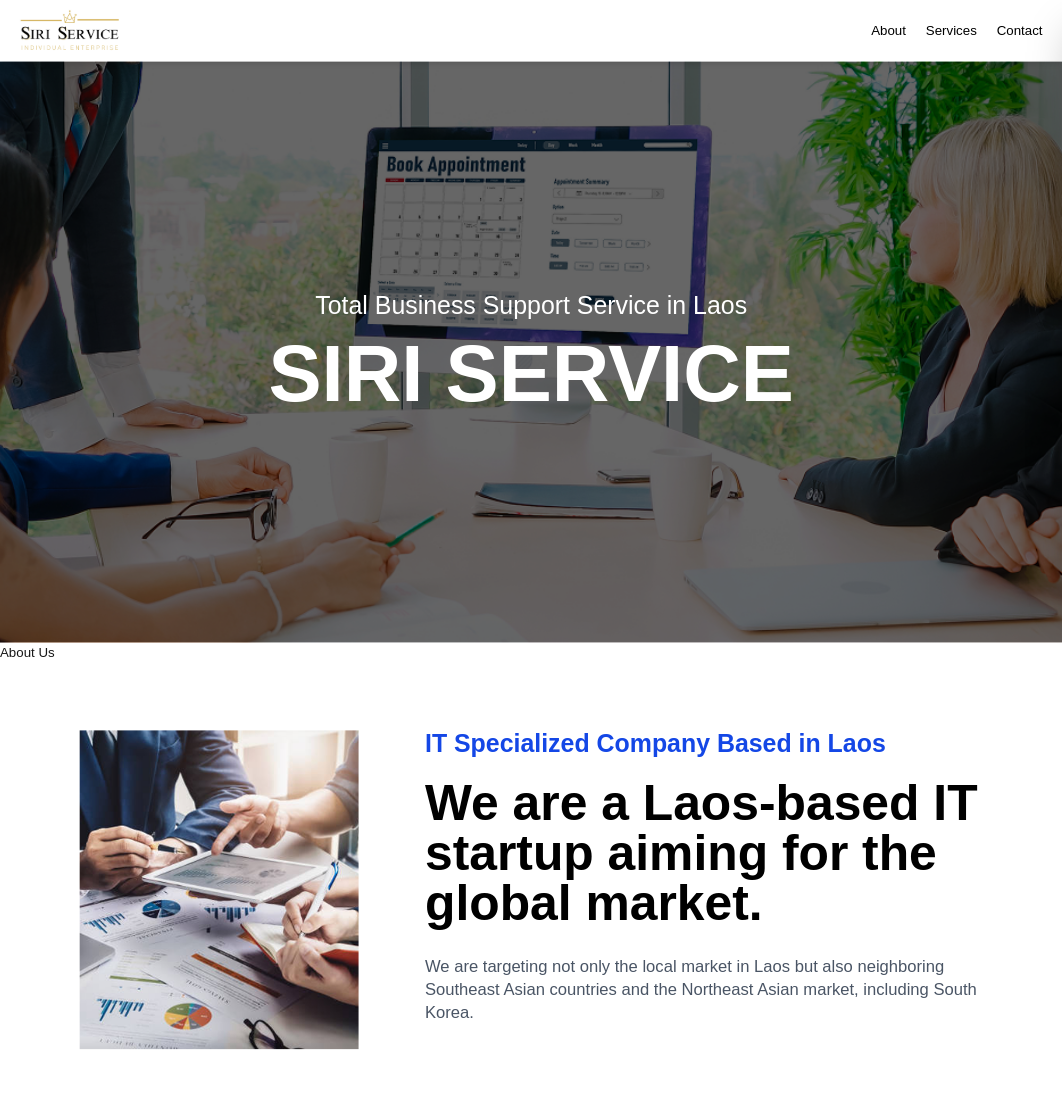
Repository: Phailin-teamplate/siri-service-web
Page: /
An editor plug-in stored every save of this project. The page is shown before and after the next save, followed by the edit.
The browser window is 1280 px wide. The pictures show the whole page, at 83% of full size.
The project was rebuilt for these pictures with package versions that can differ from the ones it lists, and the page was loaded fresh each time. The framework's server and built-in components were replaced by stand-ins that run in the browser. Also part of the build but not shown: next.config.ts.

Above is the page before, as saved 2025-07-02 14:13:35.

### src/app/layout.tsx
"use client";

import React, { useState, useEffect } from "react";
import { ArrowUpIcon } from "@heroicons/react/24/solid"; // Importing the arrow icon
// import { Geist, Geist_Mono } from "next/font/google";
// import { Inter, Noto_Sans_Lao } from "next/font/google";
import "./globals.css";
import Navbar from "@/src/components/navbar";

// const inter = Inter({ subsets: ["latin"] });
// const notoSansLao = Noto_Sans_Lao({ subsets: ["lao"] });

// const geistSans = Geist({
//   variable: "--font-geist-sans",
//   subsets: ["latin"],
// });
// const geistMono = Geist_Mono({
//   variable: "--font-geist-mono",
//   subsets: ["latin"],
// });

export default function RootLayout({
  children,
}: Readonly<{
  children: React.ReactNode;
}>) {
  const [isVisible, setIsVisible] = useState(false);

  // Detect scroll position and show button when scrolling down
  const handleScroll = () => {
    if (window.scrollY > 300) {
      setIsVisible(true);
    } else {
      setIsVisible(false);
    }
  };

  useEffect(() => {
    window.addEventListener("scroll", handleScroll);
    return () => {
      window.removeEventListener("scroll", handleScroll);
    };
  }, []);

  const scrollToTop = () => {
    window.scrollTo({ top: 0, behavior: "smooth" });
  };

  return (
    <html lang="en">
      {/* <body
        className={`${geistSans.variable} ${geistMono.variable} ${inter.className}  ${notoSansLao.className} antialiased`}
      > */}
      <body className="bg-white">
        <Navbar />
        {children}
        {/* <Footer /> */}

        {/* Popup Button with Icon for Scrolling to Top */}
        {isVisible && (
          <button
            onClick={scrollToTop}
            className="fixed bottom-2 right-5 md:bottom-5 md:right-10 bg-blue-500 text-white p-2 md:p-4 rounded-full shadow-lg hover:bg-blue-600 focus:outline-none transition-transform transform hover:scale-110"
          >
            {/* Heroicon Arrow Up Icon */}
            <ArrowUpIcon className="h-5 w-5 md:h-6 md:w-6" />
          </button>
        )}
      </body>
    </html>
  );
}

### src/app/page.tsx
import React from "react";
import Homepage from "@/src/components/Homepage";
import About from "@/src/components/About";

export const metadata = {
  title: "About | TEAMPLATE",
  description:
    "Learn about TEAMPLATE — our story, mission, team, and values that drive our innovation.",
  keywords: ["teamplate", "about", "our story", "mission", "values", "team"],
  openGraph: {
    title: "About | TEAMPLATE",
    description:
      "Discover TEAMPLATE's story, mission, and the people behind our success.",
    url: "https://yourdomain.com/about",
    siteName: "TEAMPLATE",
    images: [
      {
        url: "https://yourdomain.com/images/about-og.jpg", // ✅ Replace with actual path
        width: 1200,
        height: 630,
        alt: "About TEAMPLATE",
      },
    ],
    locale: "en_US",
    type: "website",
  },
};

export default function Home() {
  return (
    <section className="w-full" id="about">
      <Homepage/>
      <About/>
    </section>
  );
}

### src/components/navbar.tsx
import { useState, useCallback, useEffect } from "react";
import Image from "next/image";
import { Menu, X } from "lucide-react";
import Logo from "@/public/logo/Siri Service.png";

export default function Navbar() {
  const [isOpen, setIsOpen] = useState(false);

  // Function for smooth scrolling
  const handleSmoothScroll = useCallback((targetId: string) => {
    setIsOpen(false); // Close the sidebar

    if (targetId === "/") {
      window.scrollTo({ top: 0, behavior: "smooth" });
    } else {
      const targetElement = document.querySelector(targetId);
      if (targetElement) {
        targetElement.scrollIntoView({ behavior: "smooth" });
      }
    }
  }, []);

  const [isScrolled, setIsScrolled] = useState(false);

  // Detect scroll to change navbar background
  useEffect(() => {
    const handleScroll = () => {
      const scrollTop = window.scrollY;
      setIsScrolled(scrollTop > 10); // Trigger when scrolled 10px
    };

    window.addEventListener("scroll", handleScroll);

    return () => window.removeEventListener("scroll", handleScroll);
  }, []);

  return (
    <div className="w-full sticky top-0 z-50 bg-white shadow-md">
      <nav className="flex items-center justify-between px-6 py-3">
        {/* Logo */}
        <button
          onClick={() => handleSmoothScroll("/")}
          className="p-0 border-none bg-transparent active:opacity-80"
        >
          <Image
            className="w-20 sm:w-20 md:w-30 lg:w-30 xl:w-30 2xl:w-30 h-auto"
            src={Logo}
            alt="Appstore"
            priority
          />
        </button>

        {/* Desktop Links */}
        <div className="hidden md:flex gap-6">
          <button
            onClick={() => handleSmoothScroll("#about")}
            className="hover:text-blue-600 hover:underline transition-colors text-black duration-200 cursor-pointer"
          >
            About
          </button>
          <button
            onClick={() => handleSmoothScroll("#services")}
            className="hover:text-blue-600 hover:underline transition-colors text-black duration-200 cursor-pointer"
          >
            Services
          </button>
          <button
            onClick={() => handleSmoothScroll("#contact")}
            className="hover:text-blue-600 hover:underline transition-colors text-black duration-200 cursor-pointer"
          >
            Contact
          </button>
        </div>

        {/* Mobile Menu Button */}
        <button
          className="md:hidden focus:outline-none"
          onClick={() => setIsOpen(!isOpen)}
          aria-label="Toggle Menu"
        >
          {isOpen ? <X size={28} /> : <Menu size={28} />}
        </button>
      </nav>

      {/* Overlay (Closes menu when clicked) */}
      {isOpen && (
        <div
          className="fixed inset-0 z-40"
          onClick={() => setIsOpen(false)}
        ></div>
      )}

      {/* Mobile Sidebar */}
      <div
        className={`fixed top-0 right-0 h-full w-64 bg-white shadow-2xl p-6 flex flex-col transition-transform ${
          isOpen ? "translate-x-0" : "translate-x-full"
        } duration-300 ease-in-out z-50`}
      >
        {/* Sidebar Header */}
        <div className="flex justify-between items-center pb-4 mt-1">
          <h3 className="text-black text-2xl font-semibold">Menu</h3>
          <button
            className="text-black text-3xl font-bold focus:outline-none"
            onClick={() => setIsOpen(false)}
            aria-label="Close Menu"
          >
            <X size={28} />
          </button>
        </div>

        {/* Sidebar Links */}
        <div className="flex flex-col items-start gap-4 pb-4">
          <button
            onClick={() => handleSmoothScroll("#about")}
            className="hover:text-blue-600 hover:underline transition-colors duration-200 cursor-pointer"
          >
            About
          </button>
          <button
            onClick={() => handleSmoothScroll("#services")}
            className="hover:text-blue-600 hover:underline transition-colors duration-200 cursor-pointer"
          >
            Services
          </button>
          <button
            onClick={() => handleSmoothScroll("#contact")}
            className="hover:text-blue-600 hover:underline transition-colors duration-200 cursor-pointer"
          >
            Contact
          </button>
        </div>
      </div>
    </div>
  );
}

### src/components/Homepage.tsx
import Image from "next/image";
import BgSiri from "@/public/bg-siri.png";
import type { Metadata } from "next";

export const metadata: Metadata = {
  title: "SiriService | About Us",
  description: "We are a Laos-based IT startup aiming for the global market.",
};

export default function Homepage() {
  return (
    <div className="flex flex-col ">
      <div className="flex justify-center">
        <div className="relative w-full h-[400px] xs:h-[600px] sm:h-[650px] md:h-[700px] lg:h-[700px]">
          {/* Background Image */}
          <Image src={BgSiri} alt="StartUp" fill className="object-cover" />

          {/* Gradient Overlay */}
          <div className="absolute inset-0 bg-black/60 z-10" />

          {/* Centered Content */}
          <div className="absolute inset-0 z-20 flex flex-col items-center justify-center text-center px-4">
            <div className="mb-4 sm:mb-4">
              <p className="text-white text-sm xs:text-base sm:text-xl md:text-3xl font-medium">
                Total Business Support Service in Laos
              </p>
            </div>
            <h1 className="text-white text-4xl xs:text-5xl sm:text-6xl md:text-7xl lg:text-8xl font-bold">
              SIRI SERVICE
            </h1>
          </div>
        </div>
      </div>


    </div>
  );
}

### src/components/About.tsx
import Image from "next/image";


import AboutSV from "@/public/About.png";

import type { Metadata } from "next";

export const metadata: Metadata = {
  title: "Teamplate",
  description: "We are a Laos-based IT startup aiming for the global market.",
};


export default function About() {
  return (
    <div className="w-full">
        <h2>About Us</h2>
      <div className="flex flex-col px-6 md:px-12 lg:px-24 py-12 md:py-16 lg:py-20 ">
        <section
          className="flex flex-col md:flex-row items-center justify-center gap-10 md:gap-20 md:scroll-mt-30 scroll-mt-23" // Added scroll margin
          id="about"
        >
              {/* Image Section */}
          <div className="relative w-80 h-80 md:w-96 md:h-96">
            <Image src={AboutSV} alt="About" fill className="object-cover" />
          </div>
          {/* Text Section */}
          <div className="w-full max-w-2xl text-center md:text-left">
            <p className="text-2xl md:text-3xl font-semibold text-blue-700 mb-4 md:mb-6">
              IT Specialized Company Based in Laos
            </p>
            <h1 className="text-black text-4xl md:text-6xl font-bold mb-6 md:mb-8">
              We are a Laos-based IT startup aiming for the global market.
            </h1>
            <p className="text-lg sm:text-xl text-gray-600 mb-6 md:mb-8">
              We are targeting not only the local market in Laos but also
              neighboring Southeast Asian countries and the Northeast Asian
              market, including South Korea.
            </p>
          </div>


        </section>



      </div>
    </div>
  );
}

Loaded but not shown: src/app/globals.css (common file)

After the next save:
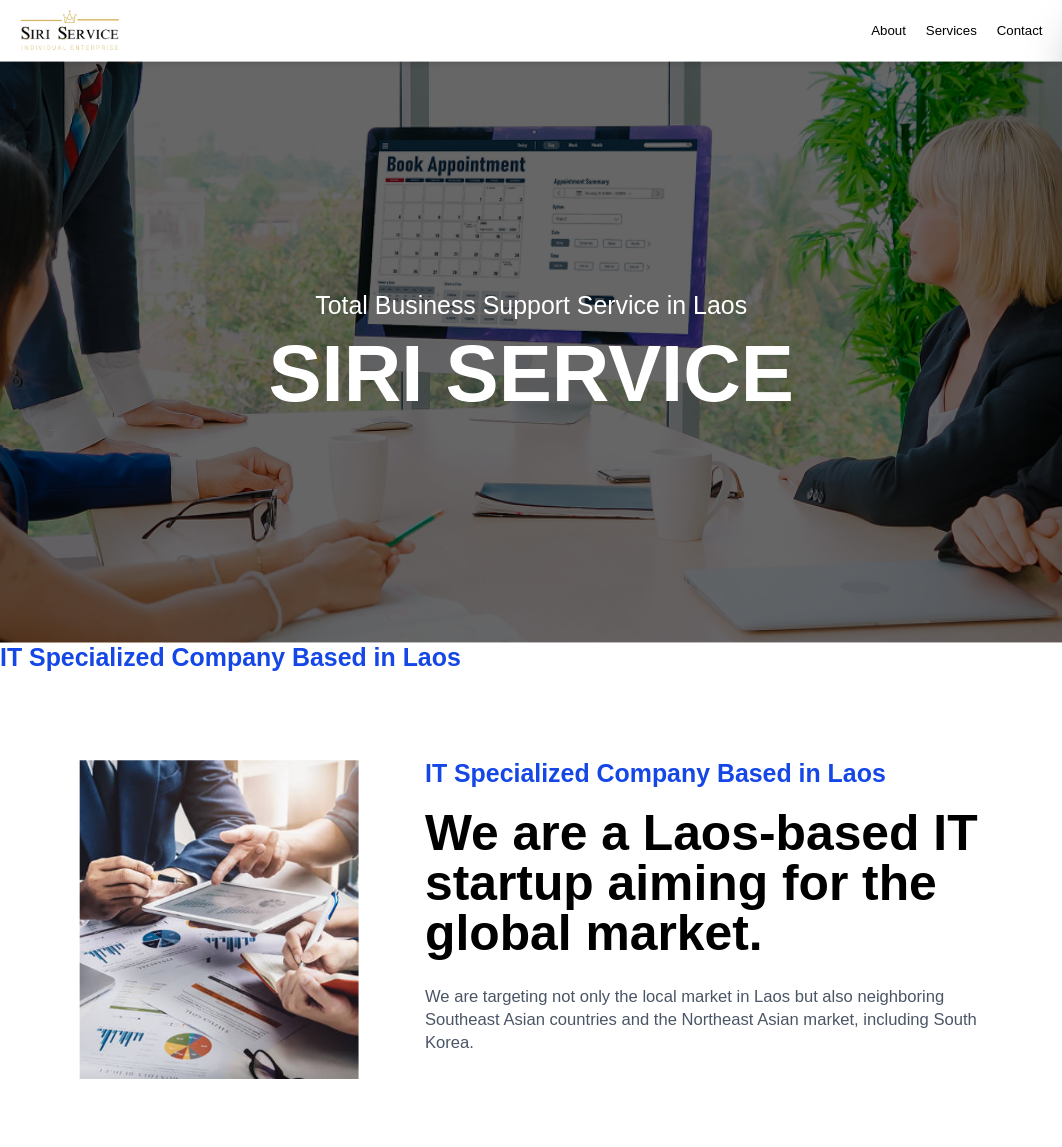
Saved 29 s later.
--- a/src/components/About.tsx
+++ b/src/components/About.tsx
@@ -14,7 +14,11 @@
 export default function About() {
   return (
     <div className="w-full">
-        <h2>About Us</h2>
+        <div className="w-full max-w-2xl text-center md:text-left">
+            <p className="text-2xl md:text-3xl font-semibold text-blue-700 mb-4 md:mb-6">
+              IT Specialized Company Based in Laos
+            </p>
+            </div>
       <div className="flex flex-col px-6 md:px-12 lg:px-24 py-12 md:py-16 lg:py-20 ">
         <section
           className="flex flex-col md:flex-row items-center justify-center gap-10 md:gap-20 md:scroll-mt-30 scroll-mt-23" // Added scroll margin
